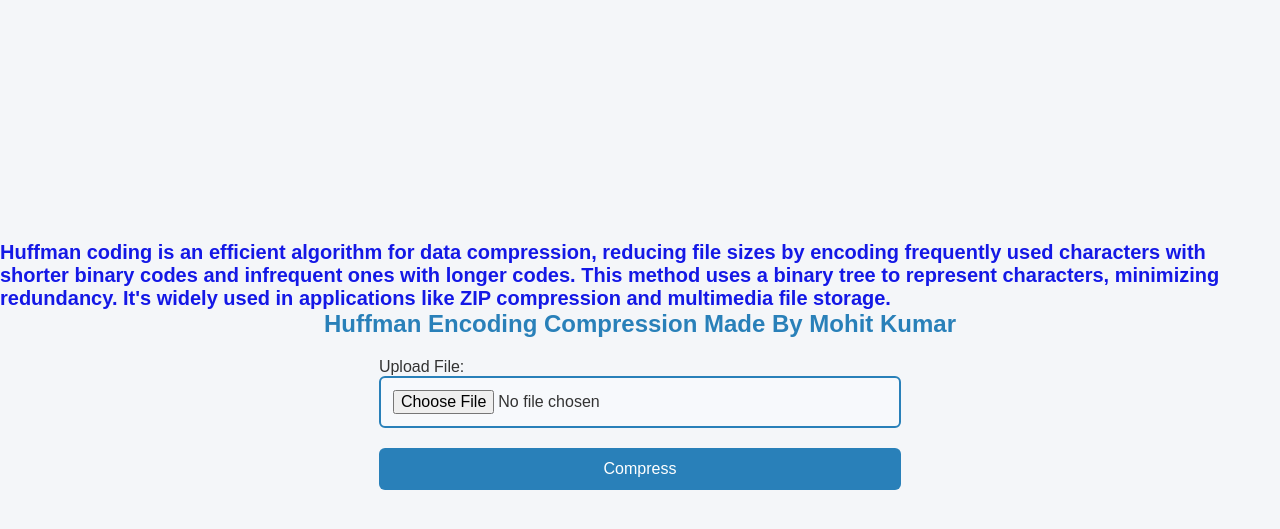
Repository: Mohitkumar1322/huffmane_coding
Page: http://localhost/
An editor plug-in stored every save of this project. The page is shown before and after the next save, followed by the edit.
The browser window is 1280 px wide. The pictures show the whole page.
The page is served by the project's application, run on Flask 3 (main.py).

Above is the page before, as saved 2024-11-07 19:26:53.

After the next save:
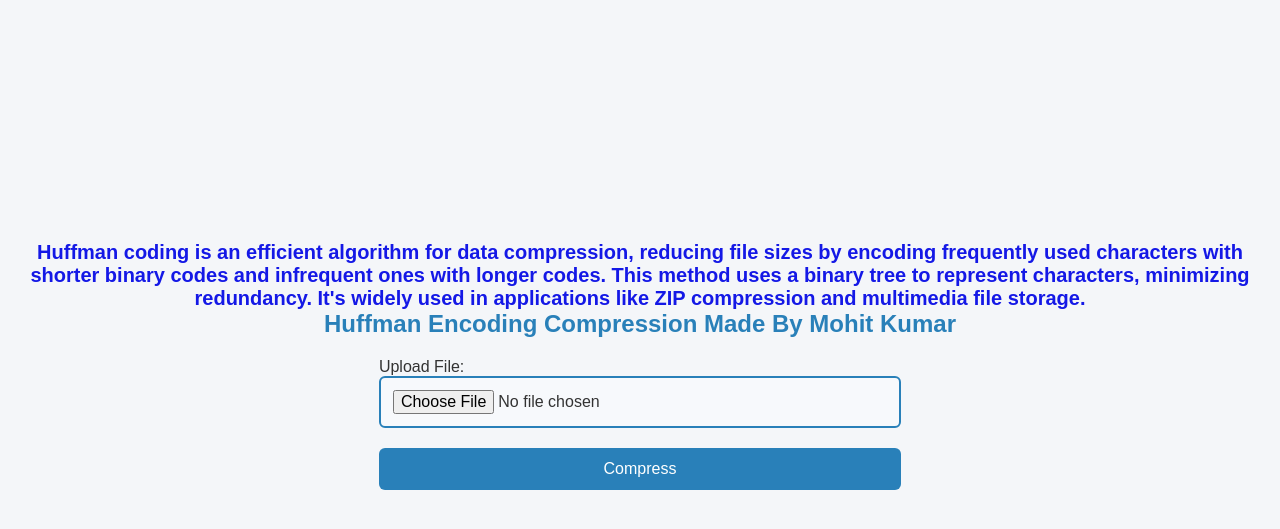
Saved 84 s later.
--- a/static/styles.css
+++ b/static/styles.css
@@ -33,11 +33,12 @@
     margin-bottom: 20px;
     font-weight: bold;
 }
-h2{
+h2 {
     font-size: 20px;
     color: #1418e6;
     margin-top: 10px;
     font-weight: bold;
+    text-align: center;
 }
 
 /* Input Fields Style */

After the save that followed:
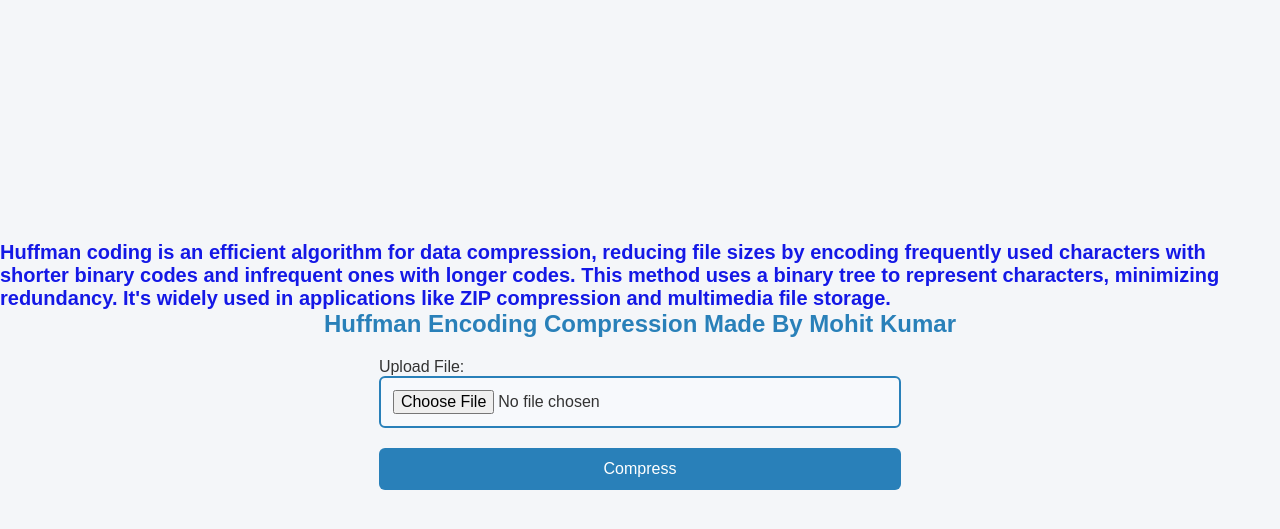
Saved 12 s later.
--- a/static/styles.css
+++ b/static/styles.css
@@ -38,7 +38,7 @@
     color: #1418e6;
     margin-top: 10px;
     font-weight: bold;
-    text-align: center;
+    text-align: top;
 }
 
 /* Input Fields Style */
